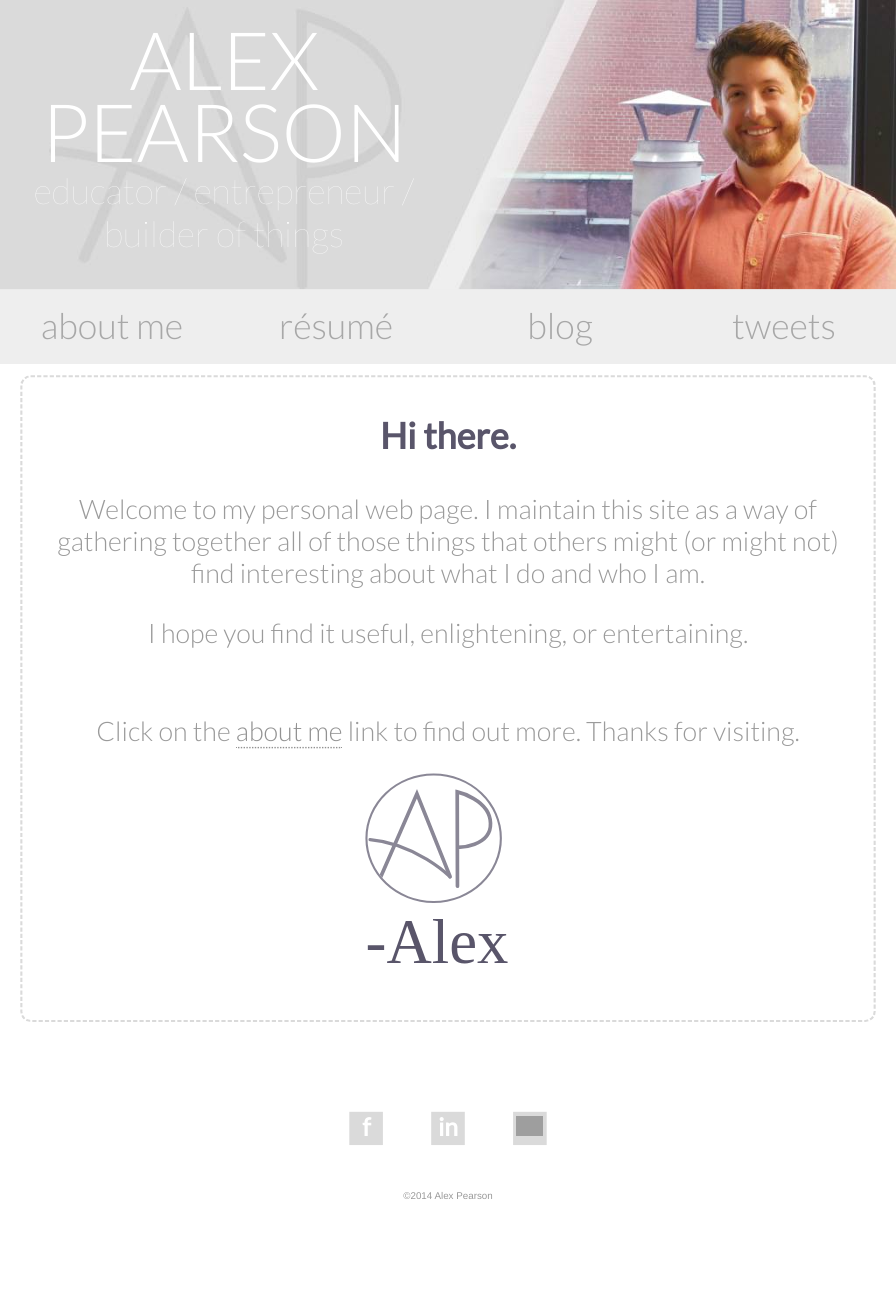
Repository: NAlexPear/personal-page
Page: about/index.html
The author's editor kept a record of every edit. The page is drawn from the files as they stood at one moment, then again after the next edit.
The browser window is 1280 px wide. The pictures show the whole page, at 70% of full size.
Pictures or frames that could not be fetched are drawn as grey boxes.

Above is the page before.

After the next edit:
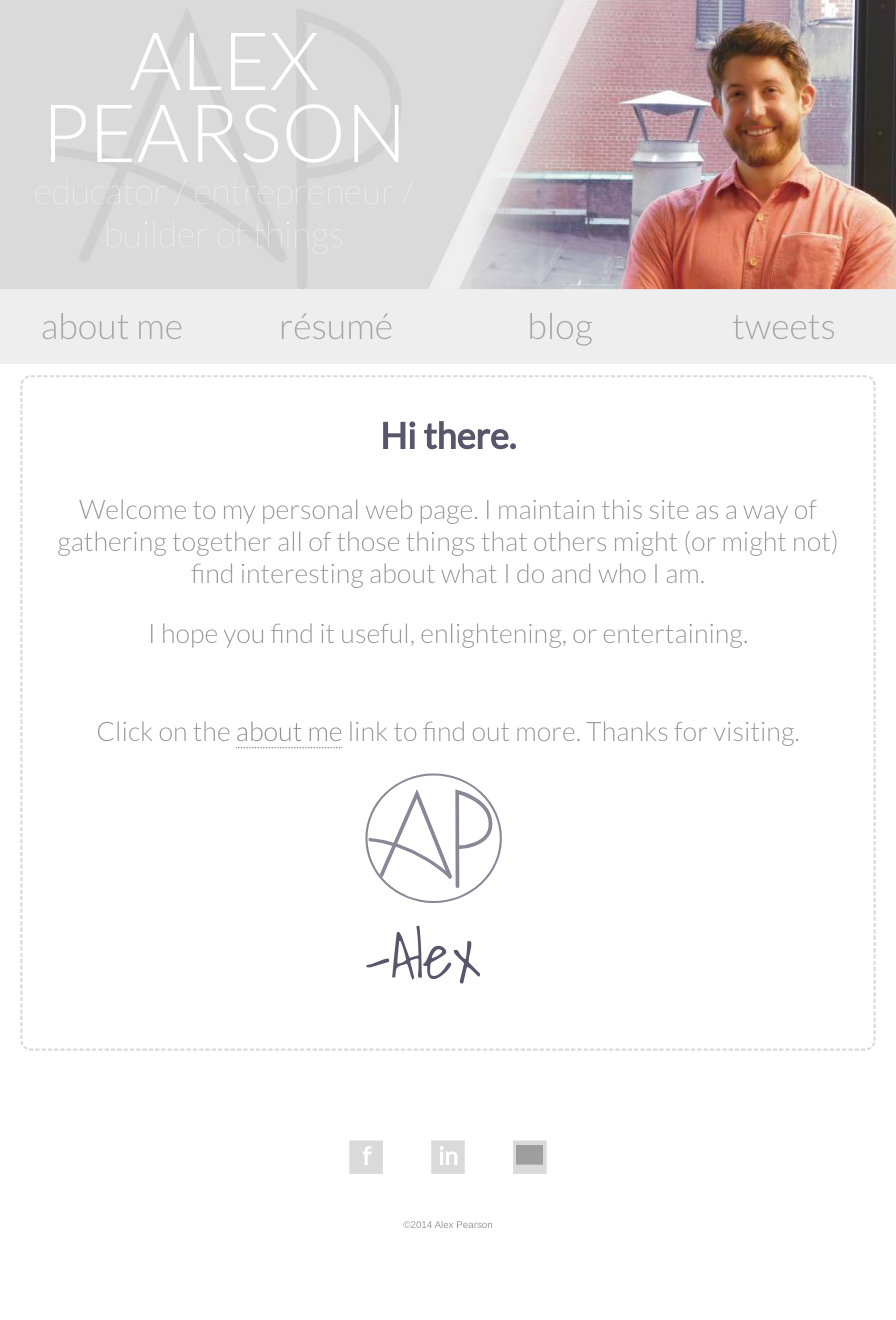
The edit:
--- a/about/index.html
+++ b/about/index.html
@@ -19,7 +19,7 @@
 <link rel="shortlink" href="http://alexpear.com">
 
 <link href='https://fonts.googleapis.com/css?family=Lato:100,300,400' rel='stylesheet' type='text/css'>
-
+<link href='https://fonts.googleapis.com/css?family=Shadows+Into+Light' rel='stylesheet' type='text/css'>
 <!--Scripts below-->
 <script type="text/javascript" src="../theme/js/analytics.js"></script>
 
